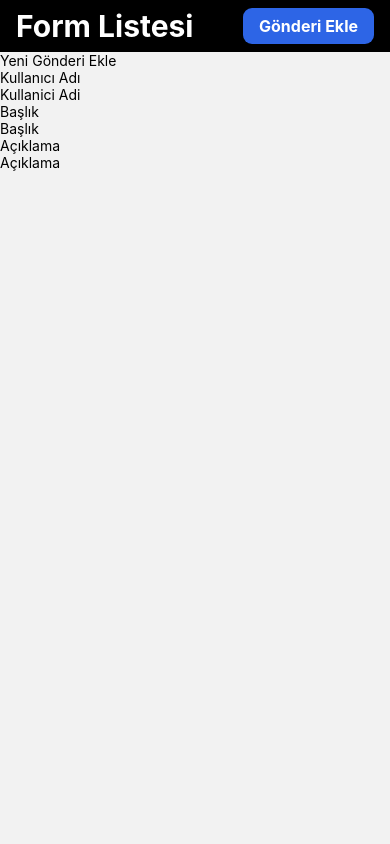
Repository: Kubraaygun/FirebaseRN
Screen: /
An editor plug-in stored every save of this project. The screen is shown before and after the next save, followed by the edit.
The app was drawn by React Native's web renderer in a window 390 px wide. The project was rebuilt for these pictures with package versions that can differ from the ones it lists, and the page was loaded fresh each time. Also part of the build but not shown: src/screens/ListPost/ListPostView.jsx, src/screens/ListPost/ListPostController.jsx.

Above is the screen before, as saved 2025-01-20 20:45:15.

After the next save:
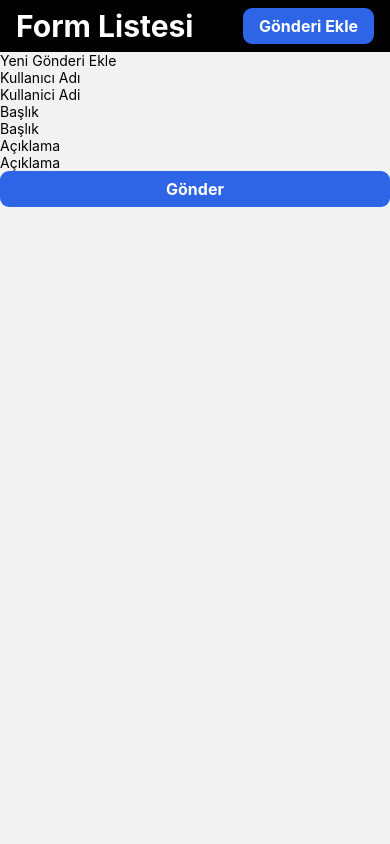
Saved 15 s later.
--- a/src/screens/AddPost/AddPostView.jsx
+++ b/src/screens/AddPost/AddPostView.jsx
@@ -1,5 +1,6 @@
 import {StyleSheet, Text, TextInput, View} from 'react-native';
 import React from 'react';
+import CustomButton from '../component/CustomButton';
 
 const AddPostView = () => {
   return (
@@ -19,6 +20,8 @@ const AddPostView = () => {
         <Text style={styles.label}>Açıklama</Text>
         <TextInput style={styles.input} placeholder="Açıklama" />
       </View>
+
+      <CustomButton buttonTitle={'Gönder'} />
     </View>
   );
 };
